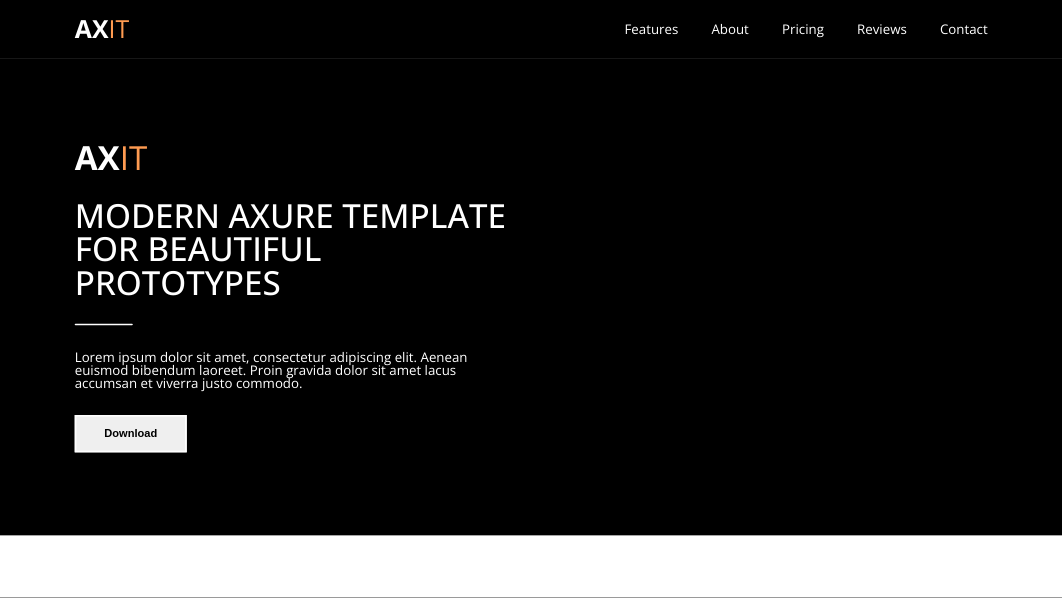
Repository: dinhtri123/axureThems
Page: index.html
An editor plug-in stored every save of this project. The page is shown before and after a run of saves, followed by the edit.
The browser window is 1280 px wide. The pictures show the whole page, at 83% of full size.

Above is the page before, as saved 2023-02-11 15:04:44.

After the next 5 saves:
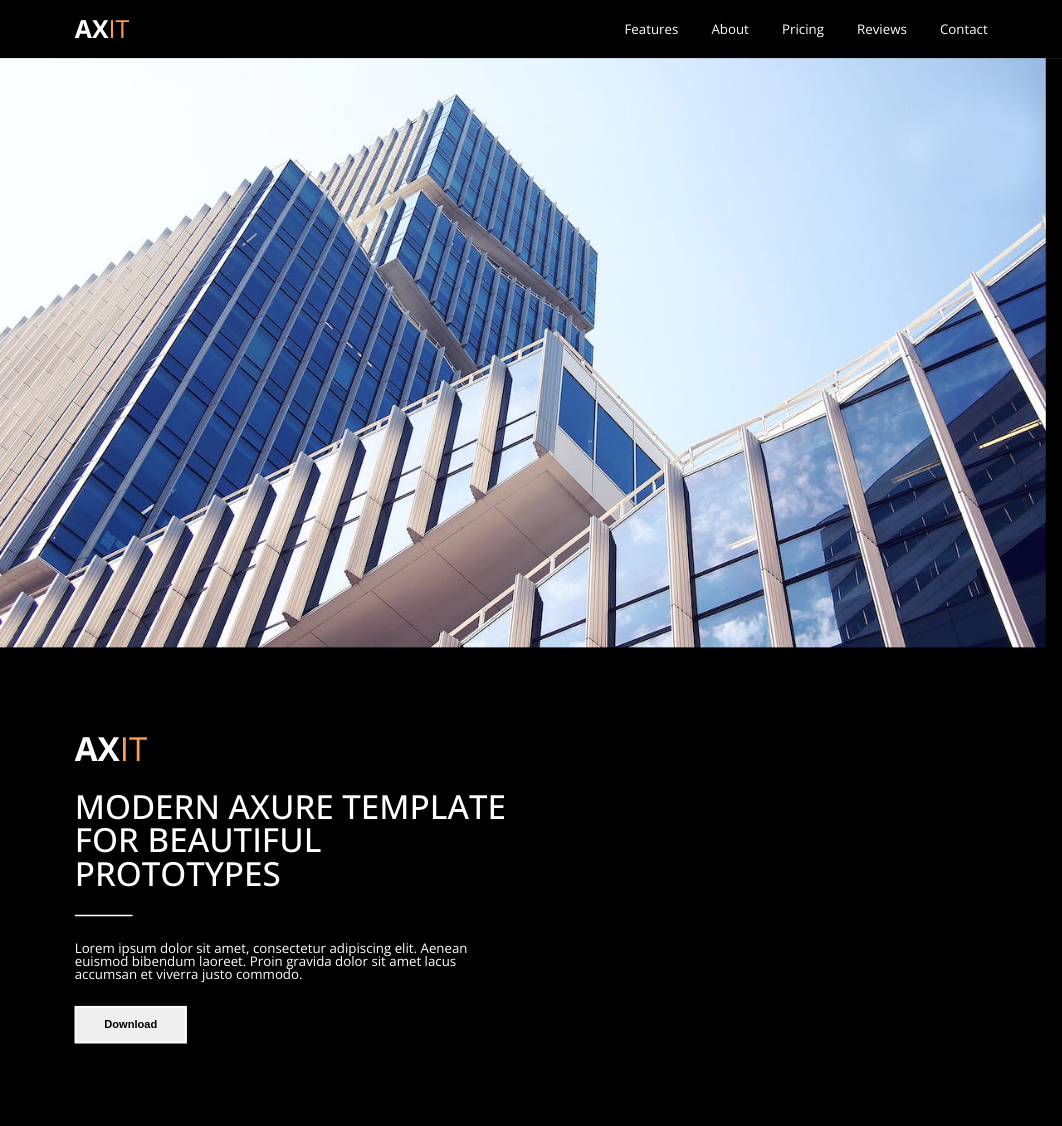
The 5 saves are shown as one change because they came seconds apart.
The last was saved 14 s later.
--- a/index.html
+++ b/index.html
@@ -34,7 +34,9 @@
       </div>
     </header>
     <div class="banner">
-        <div></div>
+        <div class="imageBanner">
+            <img src="./image/banner.jpeg" alt="">
+        </div>
       <div class="container bannerMain">
         <div class="bannerLeft">
           <a href="index.html" class="logo logoBanner">
